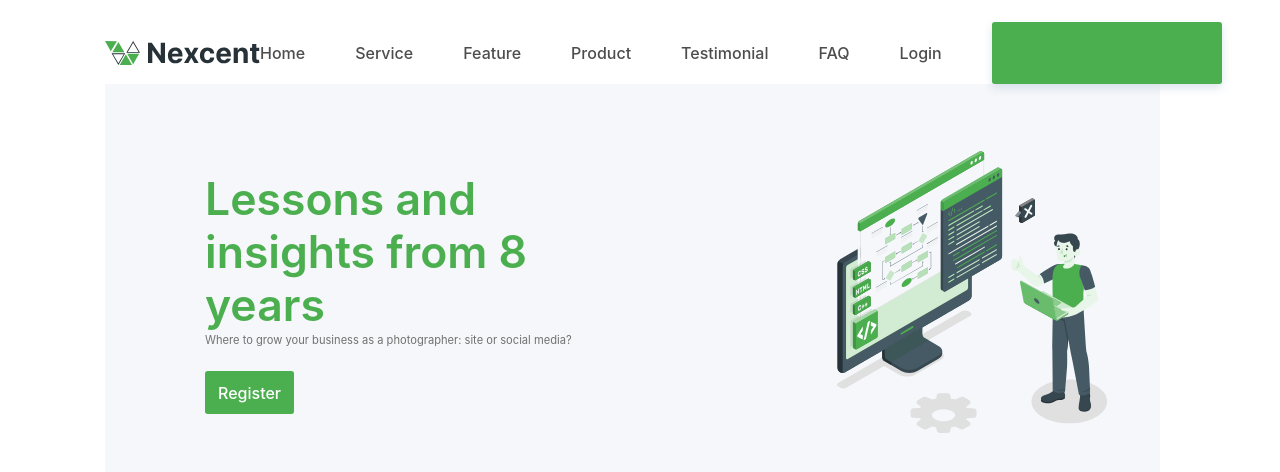
Repository: kubrazamanova/Folder4
Page: homePage/index.html
The author's editor kept a copy of each file at every save. The page is drawn from the files as they stood at one save, then again after a run of saves.
The browser window is 1280 px wide. The pictures show the whole page.

Above is the page before, as saved 2023-11-11 11:33:41.

After the next 2 saves:
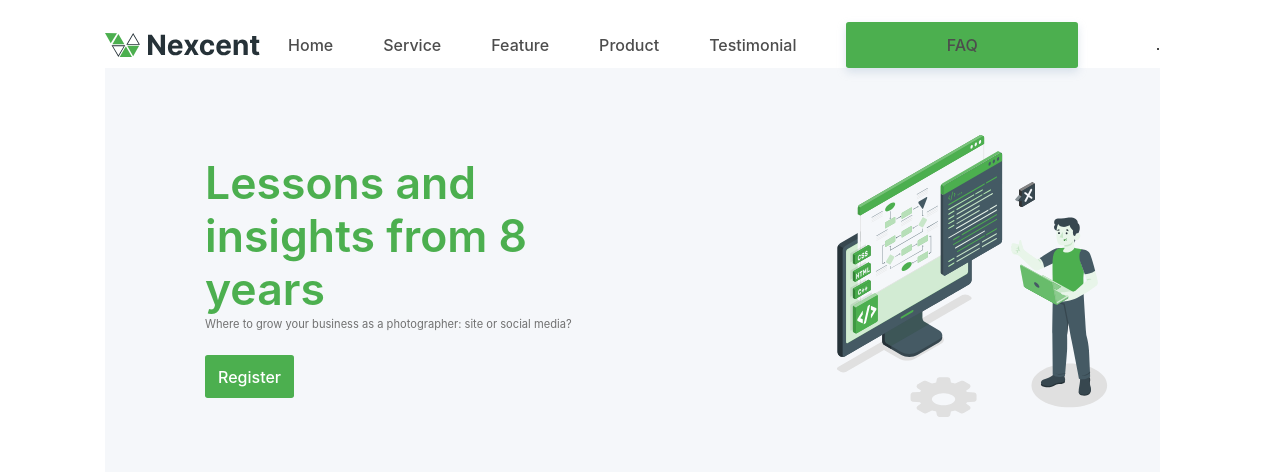
The 2 saves are shown as one change because they came seconds apart.
The last was saved 12 s later.
--- a/homePage/index.html
+++ b/homePage/index.html
@@ -36,14 +36,8 @@
             <a href="#">FAQ</a>
           </li>
 
-          <li>
-            <a href="#">Login</a>
-          </li>
-
-          <li>
-            <a href="#">Sign up</a>
-          </li>
         </ul>
+        .
       </nav>
 
       <div class="box2">
